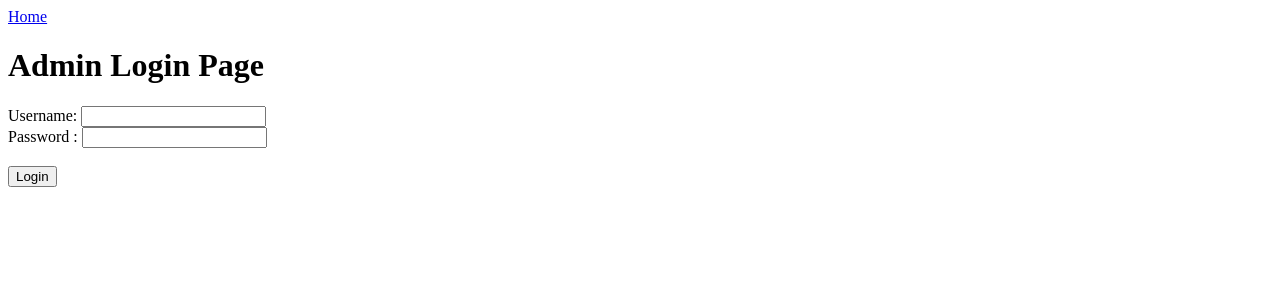
Repository: tuskhillare/FlyAway-1.0-
Page: http://localhost/FlyAway/Login.jsp
The author's editor kept a copy of each file at every save. The page is drawn from the files as they stood at one save, then again after the next save.
The browser window is 1280 px wide. The pictures show the whole page.
The page is served by Tomcat 9. Nobody is signed in. The application's start-up code is not run. Other server files are loaded and not shown.

Above is the page before, as saved 2021-09-29 16:34:03.

### Source Code/FlyAway/src/main/webapp/Login.jsp
<!DOCTYPE html>
<html>
<head>
<meta charset="UTF-8">
<title>Admin Login Page</title>
</head>
<body>
	<a href="index.jsp">Home</a>

	<h1>Admin Login Page</h1>
	<form name="loginForm" method="POST" action="login">
		Username: <input type="text" name="username"> <br/>
		Password : <input type="password" name="password"> <br/>
		<br/>
		<input type="submit" value="Login">
	</form>

</body>
</html>

After the next save:
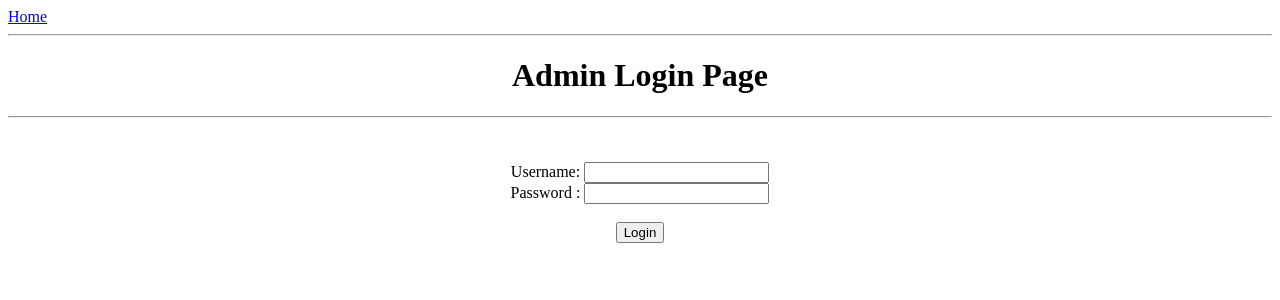
Saved 33 s later.
--- a/Source Code/FlyAway/src/main/webapp/Login.jsp
+++ b/Source Code/FlyAway/src/main/webapp/Login.jsp
@@ -6,14 +6,16 @@
 </head>
 <body>
 	<a href="index.jsp">Home</a>
-
-	<h1>Admin Login Page</h1>
-	<form name="loginForm" method="POST" action="login">
-		Username: <input type="text" name="username"> <br/>
-		Password : <input type="password" name="password"> <br/>
-		<br/>
-		<input type="submit" value="Login">
-	</form>
-
+	<center>
+		<hr>
+		<h1>Admin Login Page</h1>
+		<hr>
+		</br> </br>
+		<form name="loginForm" method="POST" action="Login">
+			Username: <input type="text" name="username"> <br />
+			Password : <input type="password" name="password"> <br /> <br />
+			<input type="submit" value="Login">
+		</form>
+	</center>
 </body>
 </html>
